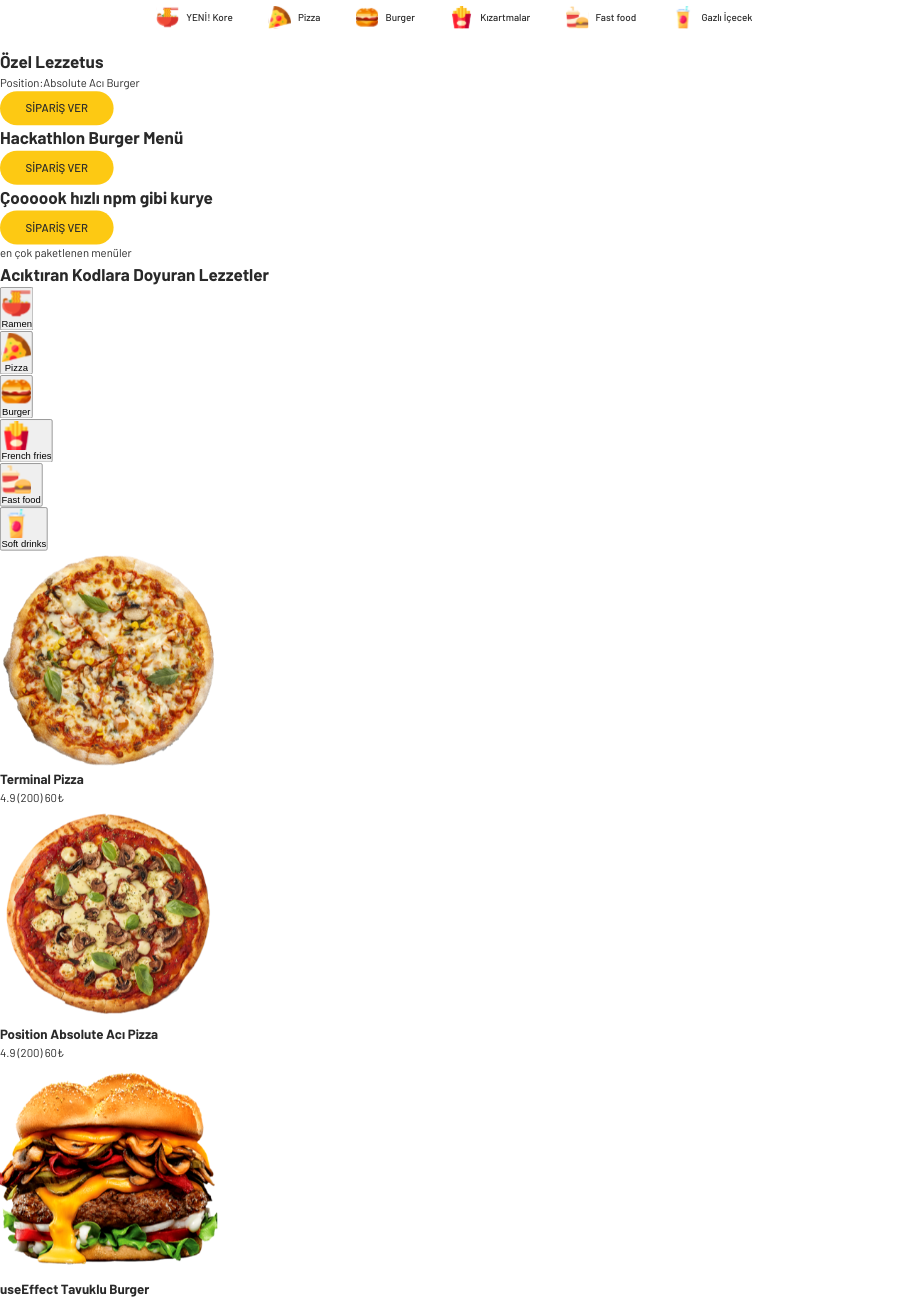
Repository: GozdeAybey/Pizza-HTML-CSS
Page: index.html
These files come from the project's save history. The page is drawn as it stood at one moment and after the next save; the edit follows.
The browser window is 1280 px wide. The pictures show the part of the page from y = 737 to 2570 px (the page is 3866 px tall before and 3962 px after), at 71% of full size.
A picture or video elsewhere on the page could not be fetched, so the positions and the page height are approximate. Some web fonts or font styles are not loaded; a fallback is used.

Above is the page before, as saved 2026-10-26 22:26:35.

### index.html
<!DOCTYPE html>
<html lang="tr">

  <head>
    <meta charset="UTF-8" />
    <link rel="icon" type="image/svg+xml" href="./workintech.svg" />
    <link rel="stylesheet" href="./style.css">
    <meta name="viewport" content="width=device-width, initial-scale=1.0" />
    <link rel="preconnect" href="https://fonts.googleapis.com">
    <link rel="preconnect" href="https://fonts.gstatic.com" crossorigin>
    <link href="https://fonts.googleapis.com/css2?family=Barlow:wght@400;500;600;700&family=Quattrocento:wght@400;700&family=Roboto+Condensed:wght@300;400;700&family=Satisfy&display=swap" rel="stylesheet">
    <title>Teknolojik Yemekler</title>
  </head>

  <body>
    <body>
      <header class="kapak">
        <img src="/assets/iteration-1/logo.svg" alt="Teknolojik Yemekler">
        <p>fırsatı kaçırma</p>
        <h1>KOD ACIKTIRIR PİZZA, DOYURUR</h1>
        <a class="buton" href="#menu">ACIKTIM</a>
      </header>

      <nav class="kategoriler" aria-label="Kategoriler">
        <ul>
          <li><a href="#"><img src="/assets/iteration-2/icons/1.svg" alt="">YENİ! Kore</a></li>
          <li><a href="#"><img src="/assets/iteration-2/icons/2.svg" alt="">Pizza</a></li>
          <li><a href="#"><img src="/assets/iteration-2/icons/3.svg" alt="">Burger</a></li>
          <li><a href="#"><img src="/assets/iteration-2/icons/4.svg" alt="">Kızartmalar</a></li>
          <li><a href="#"><img src="/assets/iteration-2/icons/5.svg" alt="">Fast food</a></li>
          <li><a href="#"><img src="/assets/iteration-2/icons/6.svg" alt="">Gazlı İçecek</a></li>
        </ul>
      </nav>

      <main>
        <section class="kampanyalar">
          <article class="kampanya pizza">
            <h2>Özel Lezzetus</h2>
            <p>Position:Absolute Acı Burger</p>
            <a class="buton" href="#menu">SİPARİŞ VER</a>
          </article>

          <article class="kampanya burger">
            <h2>Hackathlon Burger Menü</h2>
            <a class="buton" href="#menu">SİPARİŞ VER</a>
          </article>

          <article class="kampanya kurye">
            <h2><span>Çoooook</span> hızlı npm gibi kurye</h2>
            <a class="buton" href="#menu">SİPARİŞ VER</a>
          </article>
        </section>

        <section class="menu" id="menu">
          <p>en çok paketlenen menüler</p>
          <h2>Acıktıran Kodlara Doyuran Lezzetler</h2>

          <ul class="filtreler">
            <li><button type="button"><img src="/assets/iteration-2/icons/1.svg" alt="">Ramen</button></li>
            <li><button type="button" class="secili"><img src="/assets/iteration-2/icons/2.svg" alt="">Pizza</button></li>
            <li><button type="button"><img src="/assets/iteration-2/icons/3.svg" alt="">Burger</button></li>
            <li><button type="button"><img src="/assets/iteration-2/icons/4.svg" alt="">French fries</button></li>
            <li><button type="button"><img src="/assets/iteration-2/icons/5.svg" alt="">Fast food</button></li>
            <li><button type="button"><img src="/assets/iteration-2/icons/6.svg" alt="">Soft drinks</button></li>
          </ul>

          <ul class="urunler">
            <li class="urun">
              <img src="/assets/iteration-2/pictures/food-1.png" alt="Terminal Pizza">
              <h3>Terminal Pizza</h3>
              <div class="bilgi">
                <span>4.9</span>
                <span>(200)</span>
                <span class="fiyat">60₺</span>
              </div>
            </li>
            <li class="urun">
              <img src="/assets/iteration-2/pictures/food-2.png" alt="Position Absolute Acı Pizza">
              <h3>Position Absolute Acı Pizza</h3>
              <div class="bilgi">
                <span>4.9</span>
                <span>(200)</span>
                <span class="fiyat">60₺</span>
              </div>
            </li>
            <li class="urun">
              <img src="/assets/iteration-2/pictures/food-3.png" alt="useEffect Tavuklu Burger">
              <h3>useEffect Tavuklu Burger</h3>
              <div class="bilgi">
                <span>4.9</span>
                <span>(200)</span>
                <span class="fiyat">60₺</span>
              </div>
            </li>
          </ul>
        </section>
      </main>

      <footer class="altbilgi">
        <div class="altbilgi-ust">
          <section class="iletisim">
            <img src="/assets/iteration-2/footer/logo-footer.svg" alt="Teknolojik Yemekler">
            <address>
              <p><img src="/assets/iteration-2/footer/icons/icon-1.png" alt="">341 Londonderry Road, İstanbul Türkiye</p>
              <p><img src="/assets/iteration-2/footer/icons/icon-2.png" alt="">aciktim@teknolojikyemekler.com</p>
              <p><img src="/assets/iteration-2/footer/icons/icon-3.png" alt="">+90 216 123 45 67</p>
            </address>
          </section>

          <nav class="sicak-menu" aria-label="Hot Menu">
            <h3>Hot Menu</h3>
            <ul>
              <li><a href="#">Terminal Pizza</a></li>
              <li><a href="#">5 Kişilik Hackathlon Pizza</a></li>
              <li><a href="#">useEffect Tavuklu Pizza</a></li>
              <li><a href="#">Beyaz Console Frosty</a></li>
              <li><a href="#">Testler Geçti Mutlu Burger</a></li>
              <li><a href="#">Position Absolute Acı Burger</a></li>
            </ul>
          </nav>

          <section class="instagram">
            <h3>Instagram</h3>
            <ul>
              <li><img src="/assets/iteration-2/footer/insta/li-0.png" alt="Instagram gönderisi 1"></li>
              <li><img src="/assets/iteration-2/footer/insta/li-1.png" alt="Instagram gönderisi 2"></li>
              <li><img src="/assets/iteration-2/footer/insta/li-2.png" alt="Instagram gönderisi 3"></li>
              <li><img src="/assets/iteration-2/footer/insta/li-3.png" alt="Instagram gönderisi 4"></li>
              <li><img src="/assets/iteration-2/footer/insta/li-4.png" alt="Instagram gönderisi 5"></li>
              <li><img src="/assets/iteration-2/footer/insta/li-5.png" alt="Instagram gönderisi 6"></li>
            </ul>
          </section>
        </div>

        <div class="altbilgi-alt">
          <p>© 2023 Teknolojik Yemekler.</p>
          <a href="#" aria-label="Twitter">Twitter</a>
        </div>
      </footer>
    </body>
  </body>

</html>

### style.css
:root {
  --yellow: #FDC913;
  --gray-light: #5F5F5F;
  --gray-dark: #292929;
  --red: #CE2829;
  --beige: #FAF7F2;

  --font-heading: "Roboto Condensed", sans-serif;
  --font-body: "Barlow", sans-serif;
  --font-serif: "Quattrocento", serif;
  --font-accent: "Satisfy", cursive;
}

*,
*::before,
*::after {
  box-sizing: border-box;
  margin: 0;
  padding: 0;
}

img {
  max-width: 100%;
  display: block;
}

body {
  font-family: var(--font-body);
  color: var(--gray-dark);
  background-color: #fff;
  line-height: 1.5;
}
/* ---------- Ortak buton ---------- */
.buton {
  display: inline-block;
  padding: 12px 36px;
  border-radius: 50px;
  background-color: var(--yellow);
  color: var(--gray-dark);
  font-size: 16px;
  font-weight: 500;
  text-decoration: none;
}

/* ---------- Kapak (hero) ---------- */
.kapak {
  min-height: 100vh;
  padding: 50px 20px 0;
  display: flex;
  flex-direction: column;
  align-items: center;
  text-align: center;
  color: #fff;
  background-color: var(--red);
  background-image: url("/assets/iteration-1/home-banner.png");
  background-size: cover;
  background-position: center bottom;
}

.kapak img {
  width: 250px;
}

.kapak p {
  display: none;
  font-family: var(--font-accent);
  font-size: 24px;
  color: var(--yellow);
}

.kapak h1 {
  max-width: 280px;
  margin-top: 60px;
  font-family: var(--font-heading);
  font-weight: 300;
  font-size: 56px;
  line-height: 1.15;
}

.kapak .buton {
  margin-top: 40px;
}
ul {
  list-style: none;
}

a {
  color: inherit;
  text-decoration: none;
}
/* ---------- Kategori şeridi ---------- */
.kategoriler {
  padding: 28px 20px;
  background-color: #fff;
}

.kategoriler ul {
  display: grid;
  grid-template-columns: 1fr 1fr;
  gap: 20px 10px;
  max-width: 320px;
  margin: 0 auto;
}

.kategoriler a {
  display: flex;
  align-items: center;
  gap: 10px;
  font-size: 14px;
  font-weight: 500;
}

.kategoriler img {
  width: 32px;
}

/* ---------- Geniş ekran ---------- */
@media (min-width: 768px) {
  .kapak {
    min-height: 56vw;
    padding-top: 40px;
  }

  .kapak p {
    display: block;
    margin-top: 24px;
  }

  .kapak h1 {
    max-width: 520px;
    margin-top: 4px;
    font-size: 64px;
  }
  .kategoriler ul {
    display: flex;
    justify-content: center;
    gap: 50px;
    max-width: none;
  }
}

After the next save:
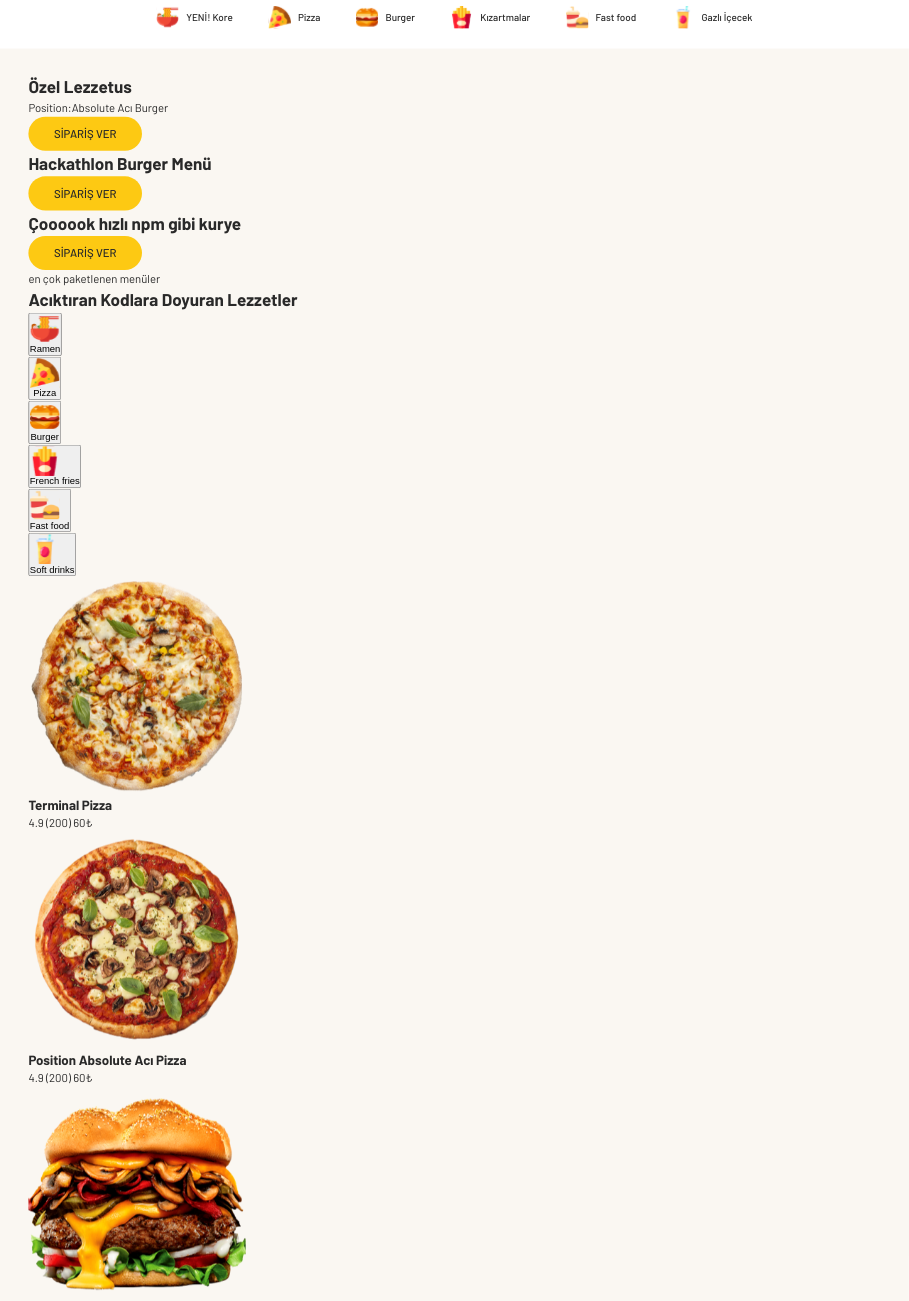
Saved 46 min 29 s later.
--- a/style.css
+++ b/style.css
@@ -29,6 +29,11 @@ body {
   color: var(--gray-dark);
   background-color: #fff;
   line-height: 1.5;
+}
+/* ---------- Ana alan ---------- */
+main {
+  padding: 36px 40px 60px;
+  background-color: var(--beige);
 }
 /* ---------- Ortak buton ---------- */
 .buton {
